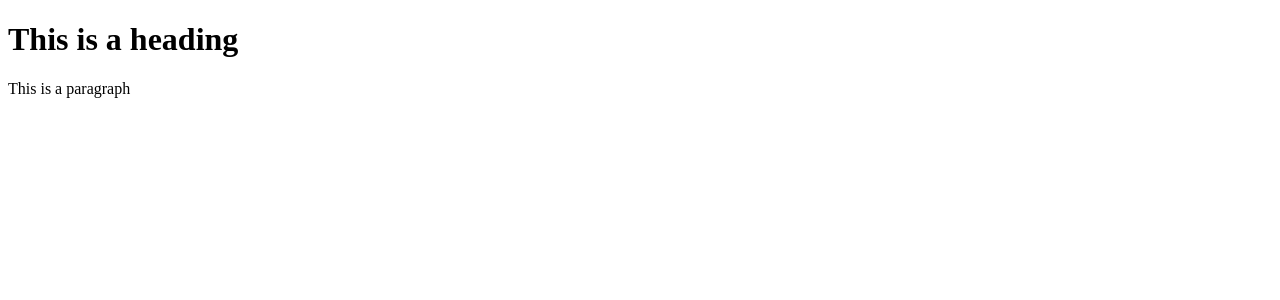
Repository: daehyeonhong/HTML
Page: ch04/WebContent/mycssexample.html
An editor plug-in stored every save of this project. The page is shown before and after the next save, followed by the edit.
The browser window is 1280 px wide. The pictures show the whole page.

Above is the page before, as saved 2020-05-19 03:12:42.

After the next save:
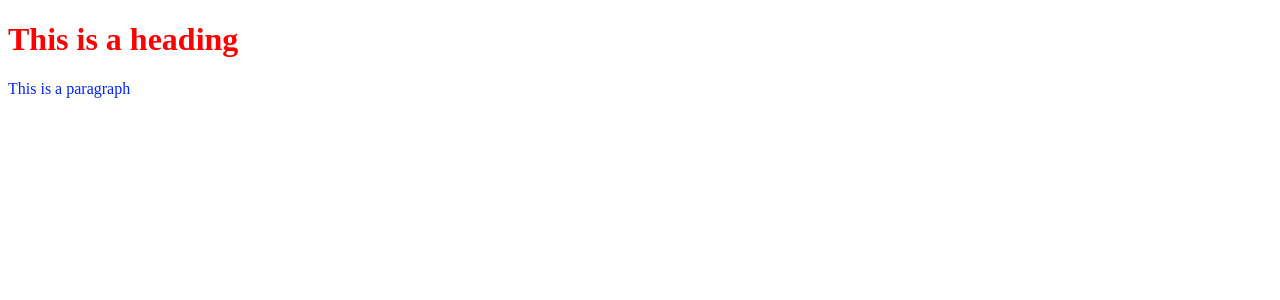
Saved 56 s later.
--- a/ch04/WebContent/mycssexample.html
+++ b/ch04/WebContent/mycssexample.html
@@ -2,10 +2,11 @@
 <html>
 <head>
 <meta charset="UTF-8">
-<title>Insert title here</title>
+<title>외부 css파일</title>
+<link type="text/css" rel="stylesheet" href="./css/mystyle.css">
 </head>
 <body>
-<h1>This is a heading</h1>
-<p>This is a paragraph</p>
+	<h1>This is a heading</h1>
+	<p>This is a paragraph</p>
 </body>
 </html>
